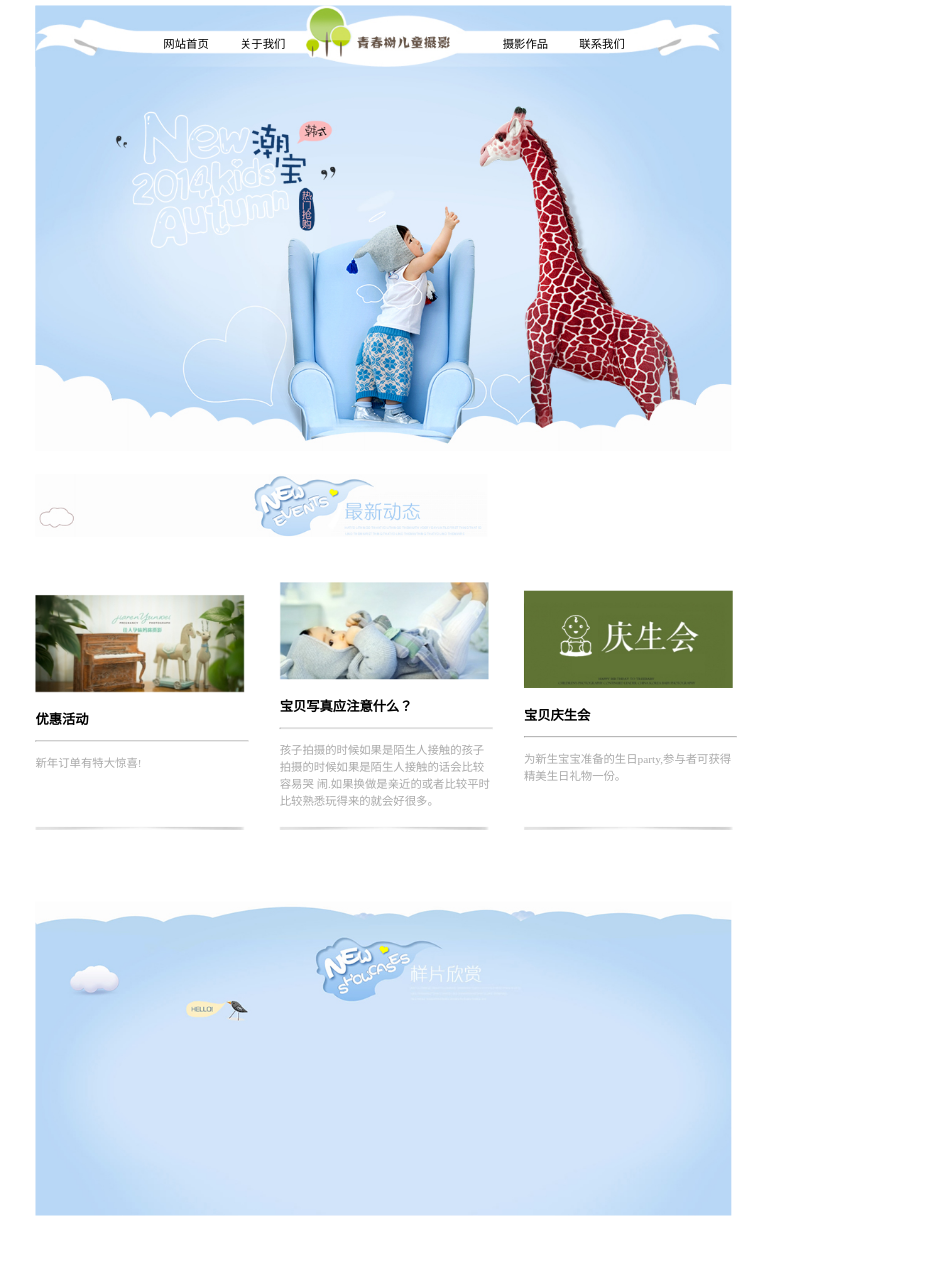
Repository: kxl666/kxl-Html
Page: 05.1.第五节任务(儿童摄影网)/index.html
These files come from the project's save history. The page is drawn as it stood at one moment and after a run of saves; the edit follows.
The browser window is 1280 px wide. The page is 1330 px wide, so the pictures cover 1330 px, including what lies to the right of the window. The pictures show the whole page, at 71% of full size.

Above is the page before, as saved 2021-09-16 22:27:24.

After the next 2 saves:
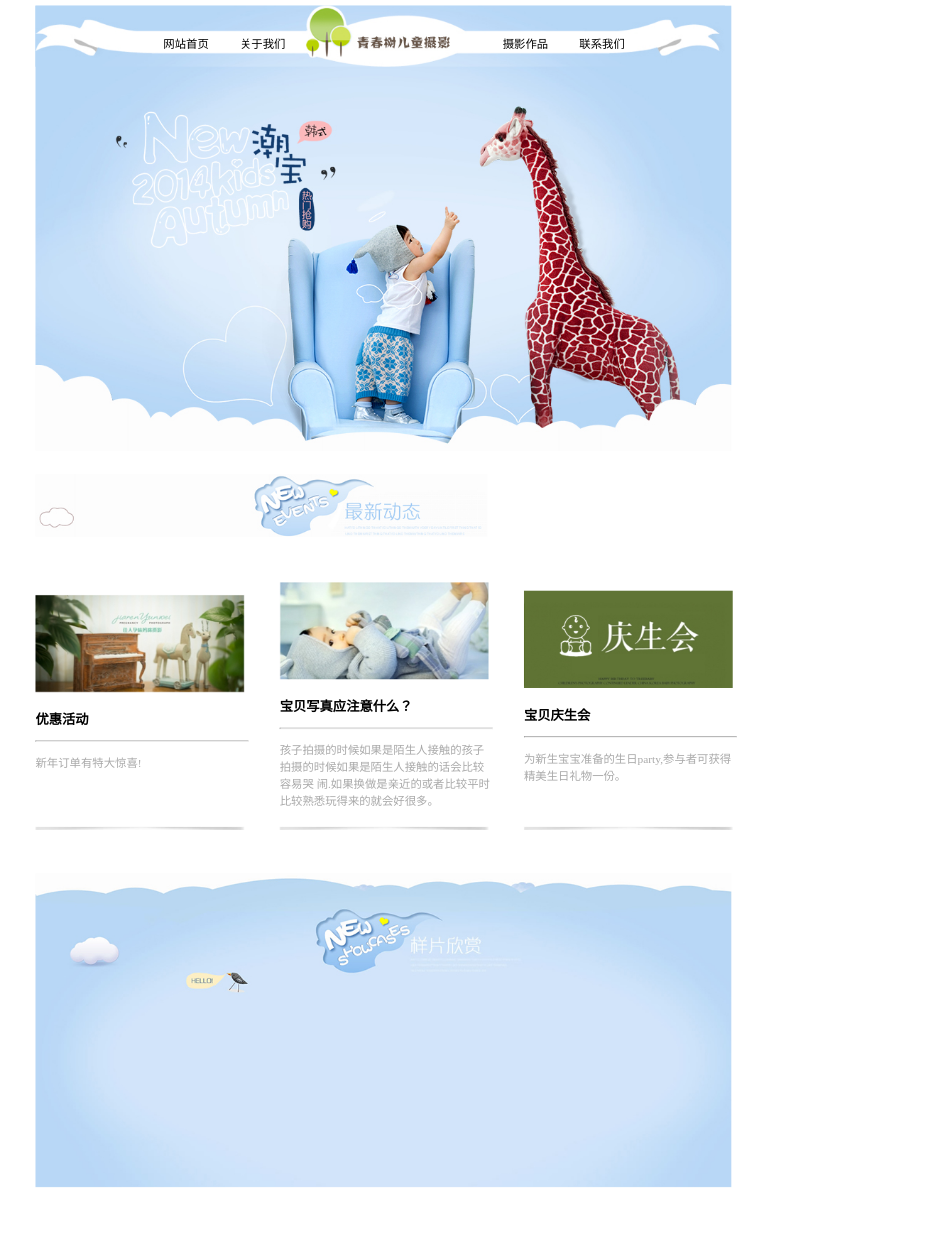
The 2 saves are shown as one change because they came seconds apart.
The last was saved 8 s later.
--- a/05.1.第五节任务(儿童摄影网)/style.css
+++ b/05.1.第五节任务(儿童摄影网)/style.css
@@ -39,7 +39,7 @@
 }
 
 .midder {
-    height: 600px;
+    height: 560px;
     width: 1180px;
     margin: 0 auto;
 }
